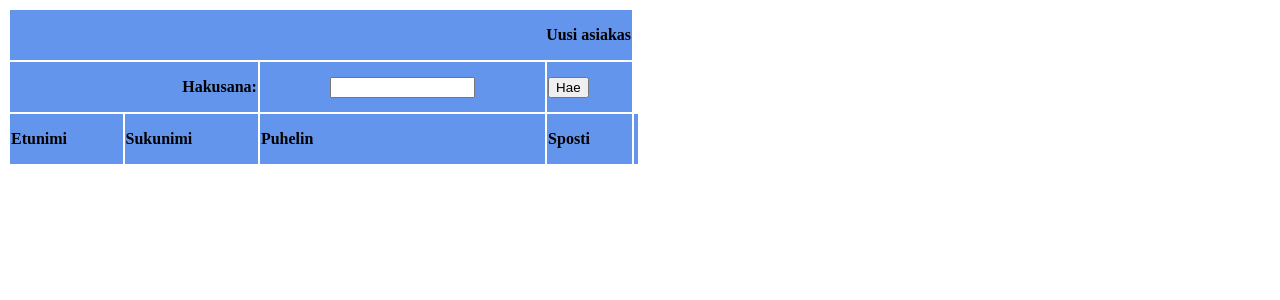
Repository: RVeridium/Asiakas-listaus
Page: http://localhost/Noutaja/listaaasiakkaat.jsp
An editor plug-in stored every save of this project. The page is shown before and after the next save, followed by the edit.
The browser window is 1280 px wide. The pictures show the whole page.
The page is served by Tomcat 9. Other server files are loaded and not shown.

Above is the page before, as saved 2020-11-23 13:54:06.
Console error: SyntaxError: Unexpected string

### Noutaja/WebContent/listaaasiakkaat.jsp
<%@ page language="java" contentType="text/html; charset=ISO-8859-1"
    pageEncoding="ISO-8859-1"%>
<!DOCTYPE html>
<html>
<head>
<meta charset="ISO-8859-1">
<script src="https://ajax.googleapis.com/ajax/libs/jquery/3.4.1/jquery.min.js"></script>
<link rel="stylesheet" type="text/css" href="css/style.css">
<title>Liikaa asiakkaita</title>
</head>
<body>
<table id="lista">
		<thead>
		<tr>
		<th colspan="4" class="right"><span id="lisaaUusi">Uusi asiakas</span></th>
		</tr>
		<tr>
			<th class="right" colspan="2">Hakusana:</th>
			<th><input type="text" id="term" size="15em"></th>
			<th class="left"><input type="button" value="Hae" id="nappi"></th>
		</tr>
		<tr class="left">
			<th>Etunimi</th>
			<th>Sukunimi</th>
			<th>Puhelin</th>
			<th>Sposti</th>
			<th></th>
		</tr>
		</thead>
		<tbody>
		</tbody>
	</table>
	<span id='ilmo'></span>



<script>
	$(document).ready(function(){
		$("#lisaaUusi").click(function() {
			document.location="lisaaAsiakas.jsp";
		});
		noudaAs();
		$("#nappi").click(function(){
			noudaAs();
		});
		$(document.body).on("keydown", function(event){
			  if(event.which==13){
				  noudaAs();
			  }
		});
		$("#term").focus();
	});

	function noudaAs() {
		$("#lista tbody").empty();
		$.ajax({url:"asiakkaat/"+$("#term").val(), type:"GET", dataType:"json", success:function(result) {
			$.each(result.asiakkaat, function(i, field) {
				var rowStr;
				rowStr+="<tr id='row_"+field.asiakas_id"'>";
				rowStr+="<td>"+field.etunimi+"</td>";
				rowStr+="<td>"+field.sukunimi+"</td>";
				rowStr+="<td>"+field.puhelin+"</td>";
				rowStr+="<td>"+field.sposti+"</td>";
				rowStr+="<td><span class='delete' onclick=poista('"+field.asiakas_id+"')>Poista>/span></td>";
				rowStr+="</tr>";
				$("#lista tbody").append(rowStr);
			});
		}});
	}

	function poista(asiakas_id) {
		if(confirm("Poista asiakas " + asiakas_id +"?")){
			$.ajax({url:"asiakkaat/"+asiakas_id, type:"DELETE", dataType:"json", success:function(result) { //result on joko {"response:1"} tai {"response:0"}
		        if(result.response==0){
		        	$("#ilmo").html("Asiakasta ei voitu poistaa.");
		        }else if(result.response==1){
		        	$("#rivi_"+asiakas_id).css("background-color", "red");
		        	alert("Asiakkaan " + asiakas.id +" poisto onnistui.");
					noudaAs();
				}
		    }});
		}

	}

</script>

</body>
</html>

### Noutaja/WebContent/css/style.css
@charset "ISO-8859-1";

.right{text-align: right;}
.left{text-align: left;}
table{min-width: 50%;}
th{height: 3em; background-color: #6495ED}
tr{padding: 10px;}
tr:nth-child(odd) {background-color: #f2f2f2;}

### Noutaja/src/control/Asiakkaat.java
package control;

import java.io.IOException;
import java.io.PrintWriter;
import java.util.ArrayList;
import javax.servlet.ServletException;
import javax.servlet.annotation.WebServlet;
import javax.servlet.http.HttpServlet;
import javax.servlet.http.HttpServletRequest;
import javax.servlet.http.HttpServletResponse;
import org.json.JSONObject;
import model.Asiakas;
import model.dao.Dao;


@WebServlet("/asiakkaat/*")
public class Asiakkaat extends HttpServlet {
	private static final long serialVersionUID = 1L;

    public Asiakkaat() {
        super();
        System.out.println("Asiakkaat.Asiakkaat()");
    }


	protected void doGet(HttpServletRequest request, HttpServletResponse response) throws ServletException, IOException {
		//System.out.println("Asiakkaat.doGet()");
		String pathInfo =request.getPathInfo();
		//System.out.println(pathInfo);
		String sStr="";
		Dao dao = new Dao();
		ArrayList<Asiakas> asLista = new ArrayList<Asiakas>();
		if(pathInfo==null) {
			asLista=dao.listAll();
		}
		if(pathInfo!=null) {
			sStr=pathInfo.replace("/","");
			asLista=dao.listAll(sStr);
		}
		//nyt parametritonta gettiä ei käytetä ollenkaan, mikä voi hidastaa jos datasetti on iso.
		//System.out.println(asLista);
		String asJSON= new JSONObject().put("asiakkaat", asLista).toString();
		response.setContentType("application/json");
		PrintWriter out=response.getWriter();
		out.println(asJSON); //tulostaa selaimeen.
	}

	protected void doPost(HttpServletRequest request, HttpServletResponse response) throws ServletException, IOException {
		System.out.println("Asiakkaat.doPost()");
		JSONObject jsonObj = new JsonStrToObj().convert(request);
		Asiakas asiakas = new Asiakas();
		asiakas.setEtunimi(jsonObj.getString("fName"));
		asiakas.setSukunimi(jsonObj.getString("lName"));
		asiakas.setPuhelin(jsonObj.getString("phone"));
		asiakas.setSposti(jsonObj.getString("email"));
		response.setContentType("application/json");
		PrintWriter out=response.getWriter();
		Dao dao = new Dao();
		if (dao.addCustomer(asiakas)) {
			out.println("{\"response\":1}");
		} else {
			out.println("{\"response\":0}");
		}

	}

	protected void doPut(HttpServletRequest request, HttpServletResponse response) throws ServletException, IOException {
		System.out.println("Asiakkaat.doPut()");
	}

	protected void doDelete(HttpServletRequest request, HttpServletResponse response) throws ServletException, IOException {
		System.out.println("Asiakkaat.doDelete()");
		String pathInfo = request.getPathInfo();	//haetaan kutsun polkutiedot, esim. /ABC-222
		System.out.println("polku: "+pathInfo);
		String poisto_id = pathInfo.replace("/", "");
		response.setContentType("application/json");
		PrintWriter out = response.getWriter();
		Dao dao = new Dao();
		if(dao.poistaAsiakas(poisto_id)){ //metodi palauttaa true/false
			out.println("{\"response\":1}");  //Auton poistaminen onnistui {"response":1}
		}else{
			out.println("{\"response\":0}");  //Auton poistaminen ep�onnistui {"response":0}
		}





		//korjaa style.css johonkin kuntoo.
	}

}

### Noutaja/src/model/dao/Dao.java
package model.dao;

import java.sql.Connection;
import java.sql.DriverManager;
import java.sql.PreparedStatement;
import java.sql.ResultSet;
import java.util.ArrayList;

import model.Asiakas;

public class Dao {
	private Connection con=null;
	private ResultSet rsl = null;
	private PreparedStatement prep=null;
	private String sql;
	private String db ="Myynti.sqlite";

	private Connection yhdista(){
    	Connection con = null;
    	String path = System.getProperty("catalina.base");
    	path = path.substring(0, path.indexOf(".metadata")).replace("\\", "/"); //Eclipsessa
    	//path += "/webapps/"; //Tuotannossa. Laita tietokanta webapps-kansioon
    	String url = "jdbc:sqlite:"+path+db;
    	try {
    		Class.forName("org.sqlite.JDBC");
	        con = DriverManager.getConnection(url);
	        System.out.println("Connection open.");
	     }catch (Exception e){
	    	 System.out.println("Connection failed.");
	        e.printStackTrace();
	     }
	     return con;
	}

	public ArrayList<Asiakas> listAll() {
		ArrayList<Asiakas> asiakkaat = new ArrayList<Asiakas>();
		sql = "SELECT * FROM asiakkaat";
		try {
			con=yhdista();
			if (con!=null) {
				prep = con.prepareStatement(sql);
				rsl = prep.executeQuery();
				if (rsl!=null) {
					System.out.println();
					while (rsl.next()) {
						Asiakas nouto= new Asiakas();
						nouto.setAsiakas_id(rsl.getInt(1));
						nouto.setEtunimi(rsl.getString(2));
						nouto.setSukunimi(rsl.getString(3));
						nouto.setPuhelin(rsl.getString(4));
						nouto.setSposti(rsl.getString(5));
						asiakkaat.add(nouto);
					}
				}
				con.close();
			}
		} catch (Exception e) {
			e.printStackTrace();
		}
		return asiakkaat;
	}

	public ArrayList<Asiakas> listAll(String seek) {
		ArrayList<Asiakas> asiakkaat = new ArrayList<Asiakas>();
		sql = "SELECT * FROM asiakkaat WHERE etunimi LIKE ? or sukunimi LIKE ? or puhelin LIKE ? or sposti LIKE ?";
		try {
			con=yhdista();
			if (con!=null) {
				prep = con.prepareStatement(sql);
				prep.setString(1, "%" + seek + "%");
				prep.setString(2, "%" + seek + "%");
				prep.setString(3, "%" + seek + "%");
				prep.setString(4, "%" + seek + "%");
				rsl = prep.executeQuery();
				if (rsl!=null) {
					System.out.println();
					while (rsl.next()) {
						Asiakas nouto= new Asiakas();
						nouto.setAsiakas_id(rsl.getInt(1));
						nouto.setEtunimi(rsl.getString(2));
						nouto.setSukunimi(rsl.getString(3));
						nouto.setPuhelin(rsl.getString(4));
						nouto.setSposti(rsl.getString(5));
						asiakkaat.add(nouto);
					}
				}
				con.close();
			}
		} catch (Exception e) {
			e.printStackTrace();
		}
		return asiakkaat;
	}

	public boolean addCustomer(Asiakas asiakas) {
		boolean paluu = true;
		sql = "INSERT INTO asiakkaat (etunimi, sukunimi, puhelin, sposti) VALUES (?,?,?,?)";
		try {
			con=yhdista();
			prep = con.prepareStatement(sql);
			prep.setString(1, asiakas.getEtunimi());
			prep.setString(2, asiakas.getSukunimi());
			prep.setString(3, asiakas.getPuhelin());
			prep.setString(4, asiakas.getSposti());
			prep.executeUpdate();
			con.close();
		} catch (Exception e) {
			e.printStackTrace();
			paluu=false;
		}
		return paluu;
	}

	public boolean poistaAsiakas(String asiakas_id) {
		boolean paluu = true;
		//asiakas_id = Integer.parseInt(asiakas_id);
		sql = "DELETE FROM asiakkaat WHERE asiakas_id=?";
		try {
			con=yhdista();
			prep = con.prepareStatement(sql);
			prep.setString(1, asiakas_id);
			prep.executeUpdate();
			con.close();

		} catch (Exception e) {
			e.printStackTrace();
			paluu=false;
		}
		return paluu;

	}


}

After the next save:
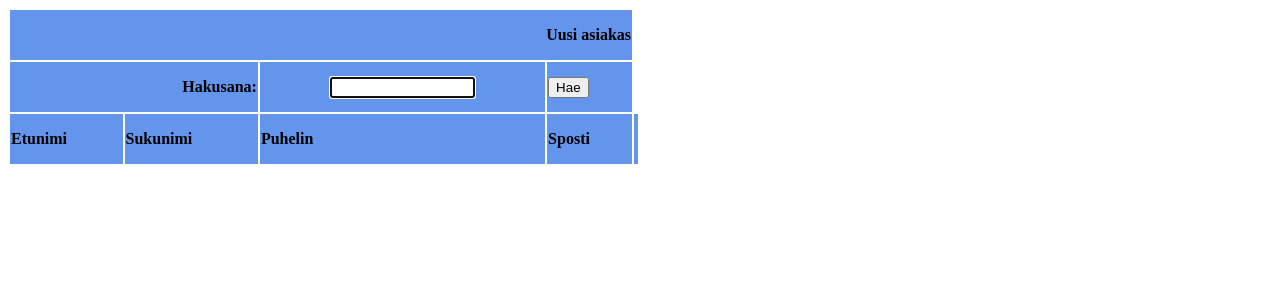
The error is gone.
Saved 3 min 48 s later.
--- a/Noutaja/WebContent/listaaasiakkaat.jsp
+++ b/Noutaja/WebContent/listaaasiakkaat.jsp
@@ -56,12 +56,12 @@
 		$.ajax({url:"asiakkaat/"+$("#term").val(), type:"GET", dataType:"json", success:function(result) {
 			$.each(result.asiakkaat, function(i, field) {
 				var rowStr;
-				rowStr+="<tr id='row_"+field.asiakas_id"'>";
+				//rowStr+="<tr id='row_"+field.asiakas_id"'>";
 				rowStr+="<td>"+field.etunimi+"</td>";
 				rowStr+="<td>"+field.sukunimi+"</td>";
 				rowStr+="<td>"+field.puhelin+"</td>";
 				rowStr+="<td>"+field.sposti+"</td>";
-				rowStr+="<td><span class='delete' onclick=poista('"+field.asiakas_id+"')>Poista>/span></td>";
+				//rowStr+="<td><span class='delete' onclick=poista('"+field.asiakas_id+"')>Poista>/span></td>";
 				rowStr+="</tr>";
 				$("#lista tbody").append(rowStr);
 			});
